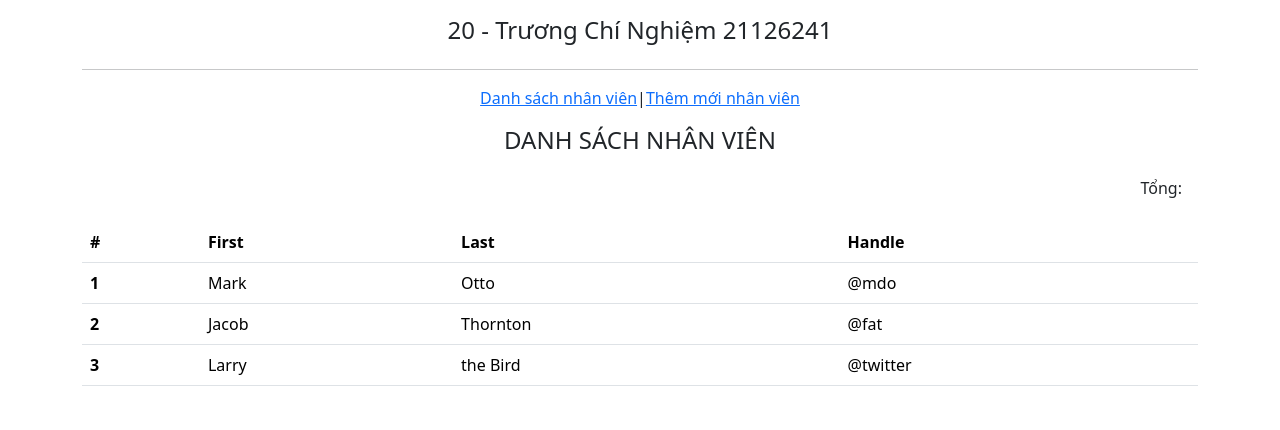
Repository: TruongChiNghiem1/wwwServlet
Page: http://localhost/20_TruongChiNghiem_21126241/views/ListNhanVien/index.jsp
The author's editor kept a copy of each file at every save. The page is drawn from the files as they stood at one save, then again after the next save.
The browser window is 1280 px wide. The pictures show the whole page.
The page is served by Tomcat 10.

Above is the page before, as saved 2024-10-25 16:52:44.

After the next save:
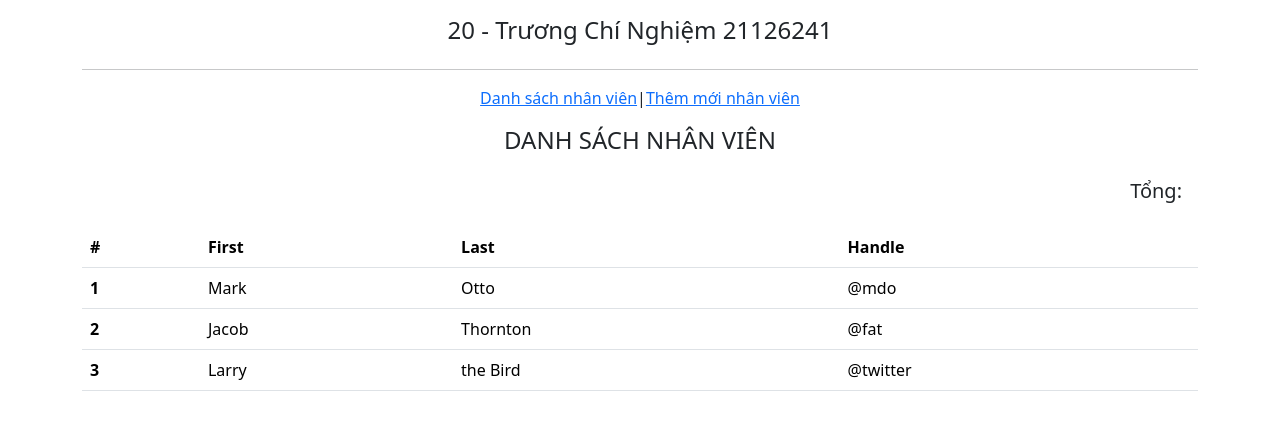
Saved 9 s later.
--- a/20_TruongChiNghiem_21126241/src/main/webapp/views/ListNhanVien/index.jsp
+++ b/20_TruongChiNghiem_21126241/src/main/webapp/views/ListNhanVien/index.jsp
@@ -29,7 +29,7 @@
 			<h4>DANH SÁCH NHÂN VIÊN</h4>
 		</div>
 		<div class="d-flex justify-content-end m-3">
-			<h6>Tổng: </h6>
+			<h5>Tổng: </h5>
 		</div>
 		<div>
 			<table class="table">
